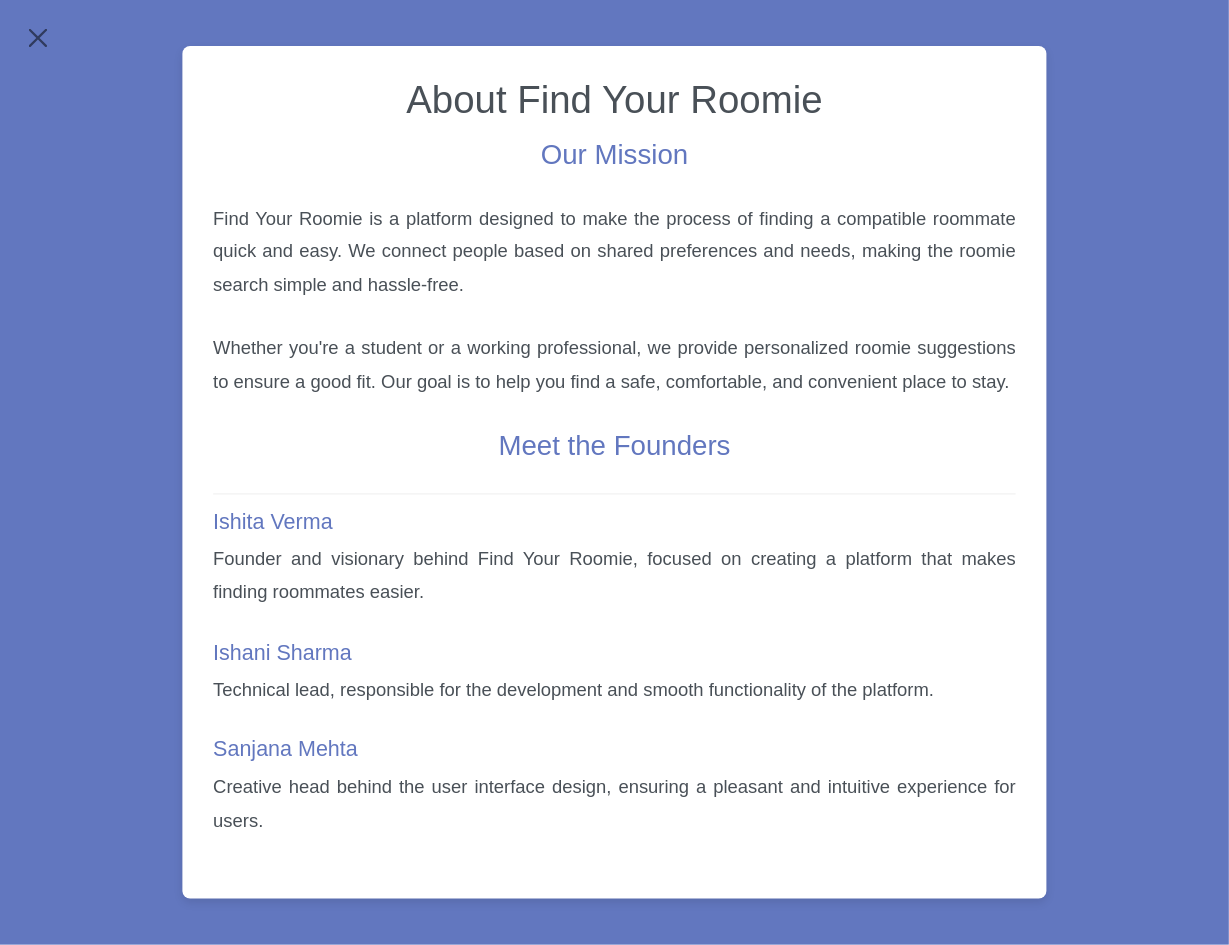
Repository: Sanjana-Inapakolla/Find-your-Roomie-website
Page: http://localhost/MiniProject/About.jsp
The author's editor kept a copy of each file at every save. The page is drawn from the files as they stood at one save, then again after the next save.
The browser window is 1280 px wide. The pictures show the whole page, at 96% of full size.
The page is served by Tomcat 10.

Above is the page before, as saved 2024-11-13 10:26:54.

After the next save:
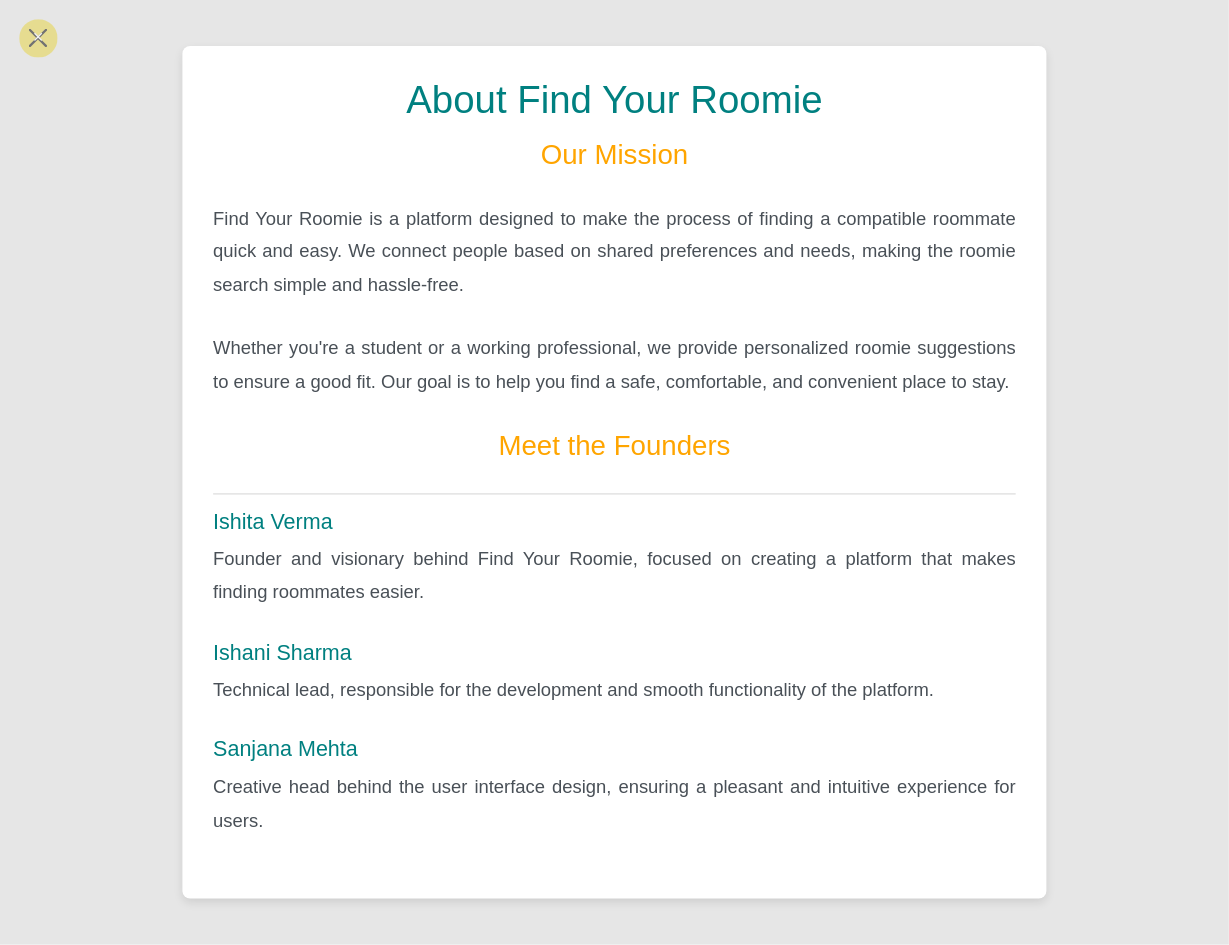
Saved 3 min 25 s later.
--- a/mini-project(jfst)/MiniProject/src/main/webapp/About.jsp
+++ b/mini-project(jfst)/MiniProject/src/main/webapp/About.jsp
@@ -10,7 +10,7 @@
         /* General Body Styling */
         body {
             font-family: 'Arial', sans-serif;
-            background-color: #6277bf;
+            background-color: #E6E6E6; /* Light Gray */
             margin: 0;
             padding: 0;
         }
@@ -20,7 +20,7 @@
             width: 80%;
             max-width: 900px;
             margin: 3rem auto;
-            background-color:#ffffff;
+            background-color: #FFFFFF; /* White */
             border-radius: 8px;
             box-shadow: 0 4px 10px rgba(0, 0, 0, 0.1);
             padding: 2rem;
@@ -29,7 +29,7 @@
         /* Title Styling */
         .about-container h1 {
             font-size: 2.5rem;
-            color: #495057;
+            color: #008080; /* Teal */
             text-align: center;
             margin-bottom: 1rem;
         }
@@ -37,12 +37,12 @@
         /* Subheading Styling */
         .about-container h2 {
             font-size: 1.8rem;
-            color: #6277bf;
+            color: #FFA500; /* Orange */
             text-align: center;
             margin-bottom: 2rem;
         }
 
-
+        /* Paragraph Styling */
         .about-container p {
             font-size: 1.2rem;
             line-height: 1.8;
@@ -55,7 +55,7 @@
         .founders-section {
             margin-top: 2rem;
             padding-top: 1rem;
-            border-top: 1px solid #eee;
+            border-top: 1px solid #D3D3D3; /* Light Gray Border */
         }
 
         .founder {
@@ -66,7 +66,7 @@
 
         .founder h3 {
             font-size: 1.4rem;
-            color: #6277bf;
+            color: #008080; /* Teal */
             margin-bottom: 0.5rem;
         }
 
@@ -76,19 +76,32 @@
                 width: 90%;
             }
         }
-         .btn-close {
-    position: absolute;
-    top: 20px;
-    left: 20px;
-    width: 30px;
-    height: 30px;
-    font-size: 1.2rem;
-  }
+
+        /* Close Button Styling */
+        .btn-close {
+            position: absolute;
+            top: 20px;
+            left: 20px;
+            width: 30px;
+            height: 30px;
+            font-size: 1.2rem;
+            background-color: #E6D33D; /* Yellow */
+            border: none;
+            color: #FFFFFF; /* White */
+            border-radius: 50%;
+        }
+
+        .btn-close:hover {
+            background-color: #FFA500; /* Orange */
+            color: #FFFFFF;
+        }
 
     </style>
 </head>
 <body>
-<button type="button" class="btn-close" aria-label="Close" onclick="window.location.href='home.html';"></button>
+    <!-- Close Button -->
+    <button type="button" class="btn-close" aria-label="Close" onclick="window.location.href='home.html';">&times;</button>
+
     <div class="about-container">
         <h1>About Find Your Roomie</h1>
 
@@ -119,6 +132,7 @@
             </div>
         </div>
     </div>
+
 <script src="https://cdn.jsdelivr.net/npm/bootstrap@5.3.3/dist/js/bootstrap.bundle.min.js" integrity="sha384-YvpcrYf0tY3lHB60NNkmXc5s9fDVZLESaAA55NDzOxhy9GkcIdslK1eN7N6jIeHz" crossorigin="anonymous"></script>
 </body>
 </html>
